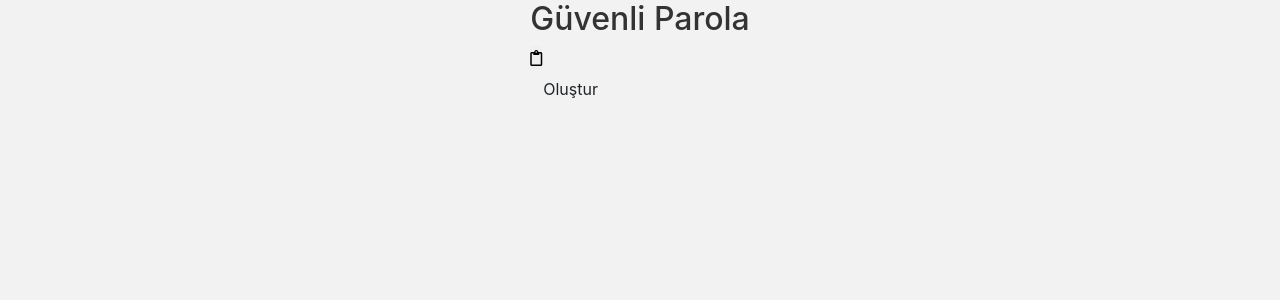
Repository: DogukanSAVA/SecurityKey
Page: index.html
An editor plug-in stored every save of this project. The page is shown before and after a run of saves, followed by the edit.
The browser window is 1280 px wide. The pictures show the whole page.
Some web libraries are served in a nearby version.

Above is the page before, as saved 2021-09-20 13:49:49.

### index.html
<!DOCTYPE html>
<html lang="en">

<head>
          <meta charset="UTF-8">
          <meta http-equiv="X-UA-Compatible" content="IE=edge">
          <meta name="viewport" content="width=device-width, initial-scale=1.0">
          <title>Random Security Key</title>

          <link rel="stylesheet" href="https://cdn.jsdelivr.net/npm/bootstrap@4.6.0/dist/css/bootstrap.min.css"
                    integrity="sha384-B0vP5xmATw1+K9KRQjQERJvTumQW0nPEzvF6L/Z6nronJ3oUOFUFpCjEUQouq2+l"
                    crossorigin="anonymous">

          <link rel="stylesheet" href="https://pro.fontawesome.com/releases/v5.10.0/css/all.css"
                    integrity="sha384-AYmEC3Yw5cVb3ZcuHtOA93w35dYTsvhLPVnYs9eStHfGJvOvKxVfELGroGkvsg+p"
                    crossorigin="anonymous">

          <link rel="stylesheet" href="style.css">
</head>

<body>
          <div class="wrap">
                    <h2>Güvenli Parola</h2>
                    <div class="result">
                              <span id="result"></span>
                              <button id="clipboard">
                                        <i class="far fa-clipboard"></i>
                              </button>
                    </div>
                    <button id="generate" class="btn">Oluştur</button>
          </div>


          <script src="main.js" charset="utf-8"></script>
</body>

</html>

### style.css
* {
  margin: 0;
  padding: 0;
  border: 0;
  box-sizing: border-box;
}

body {
  display: flex;
  flex-direction: column;
  align-items: center;
  background-color: #f2f2f2;
  color: #333;
}


.wrap{}

Loaded but not shown: main.js (no copy from this time; the picture is the same without it)

After the next 6 saves:
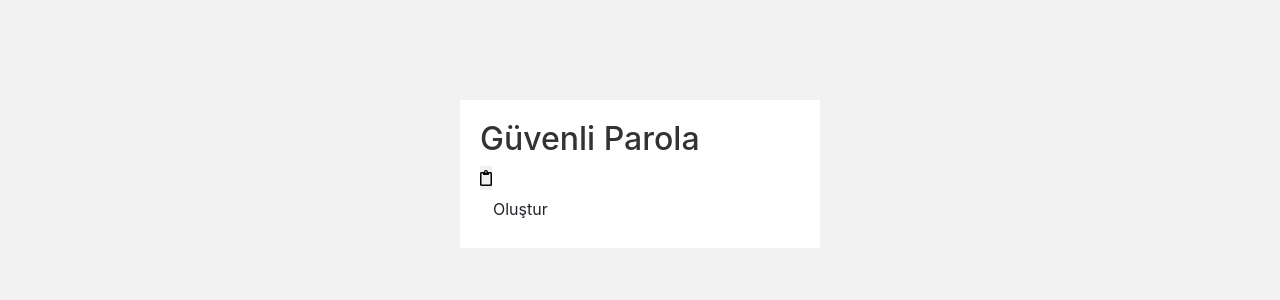
The 6 saves are shown as one change because they came seconds apart.
The last was saved 22 s later.
--- a/style.css
+++ b/style.css
@@ -14,4 +14,10 @@
 }
 
 
-.wrap{}
+.wrap{
+          width: 360px;
+          margin-top: 100px;
+          padding: 20px;
+          background-color: #fff;
+          box-shadow: ;
+}
